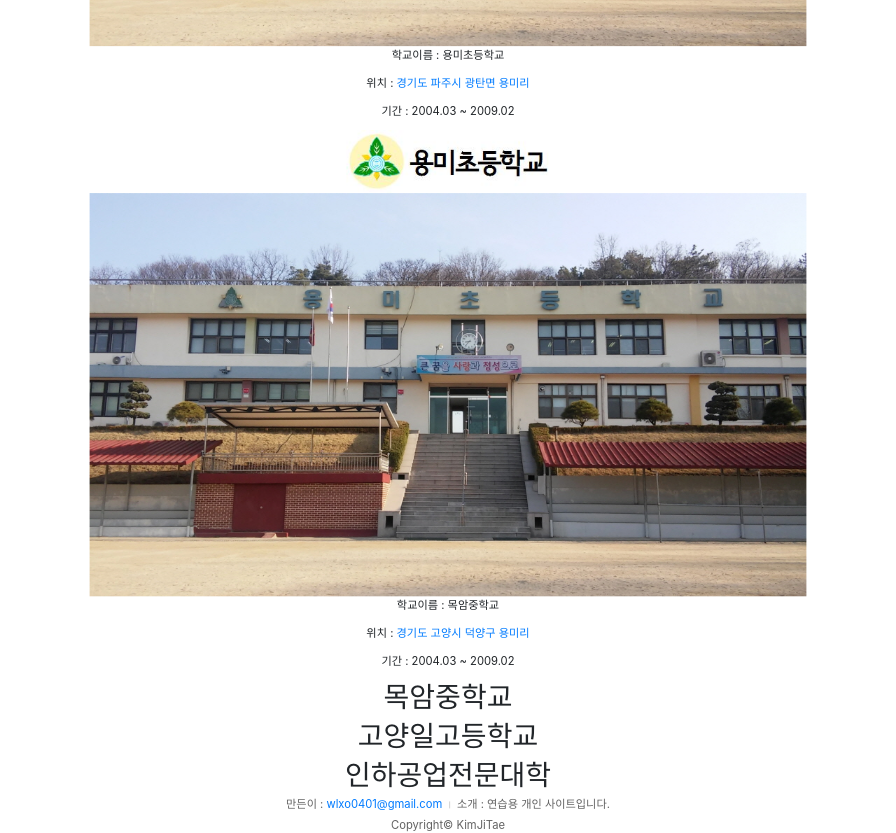
Repository: wlxo0401/IntroduveMySelf
Page: IntroduceMySelf/WebContent/KimJiTae.html
An editor plug-in stored every save of this project. The page is shown before and after the next save, followed by the edit.
The browser window is 1280 px wide. The pictures show the part of the page from y = 797 to 2717 px (the page is 1987 px tall before and 2717 px after), at 70% of full size.

Above is the page before, as saved 2020-03-11 06:58:34.

After the next save:
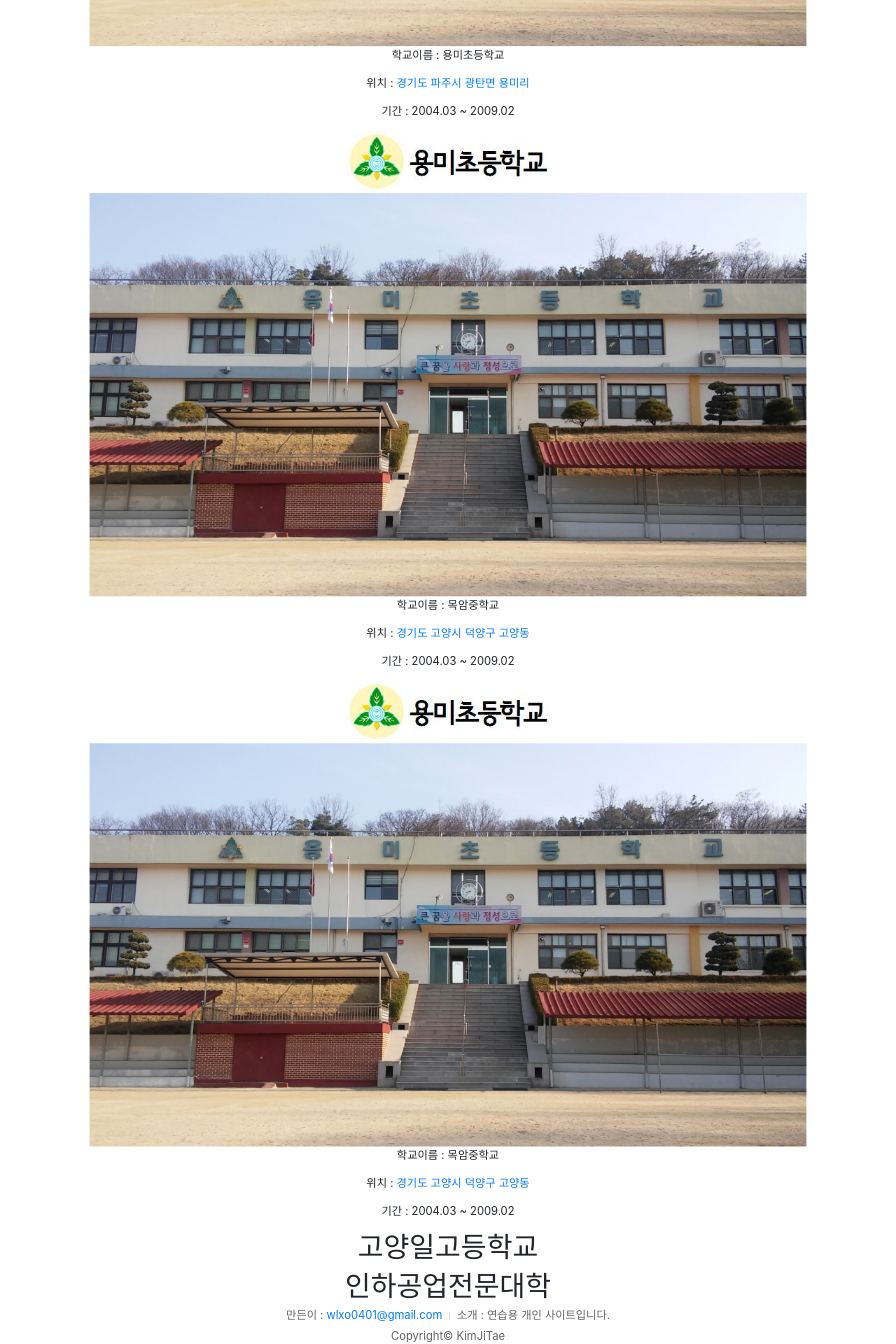
Saved 48 s later.
--- a/IntroduceMySelf/WebContent/KimJiTae.html
+++ b/IntroduceMySelf/WebContent/KimJiTae.html
@@ -55,11 +55,17 @@
 			<img src="img/espic.jpg" alt="My Image">
 			</br>
 			<p>학교이름 : 목암중학교</p>
-			<p>위치 : <a href='http://naver.me/xHH8JUWO'>경기도 고양시 덕양구 용미리</a> </p>
+			<p>위치 : <a href='http://naver.me/xHH8JUWO'>경기도 고양시 덕양구 고양동</a> </p>
 			<p>기간 : 2004.03 ~ 2009.02</p>
 		</div>
-		<h1>목암중학교</h1>
-
+		<div class ="HighSchool">
+			<img src="img/eslogo.jpg" alt="My Image">
+			<img src="img/espic.jpg" alt="My Image">
+			</br>
+			<p>학교이름 : 목암중학교</p>
+			<p>위치 : <a href='http://naver.me/xHH8JUWO'>경기도 고양시 덕양구 고양동</a> </p>
+			<p>기간 : 2004.03 ~ 2009.02</p>
+		</div>
 		<h1>고양일고등학교</h1>
 
 		<h1>인하공업전문대학</h1>
